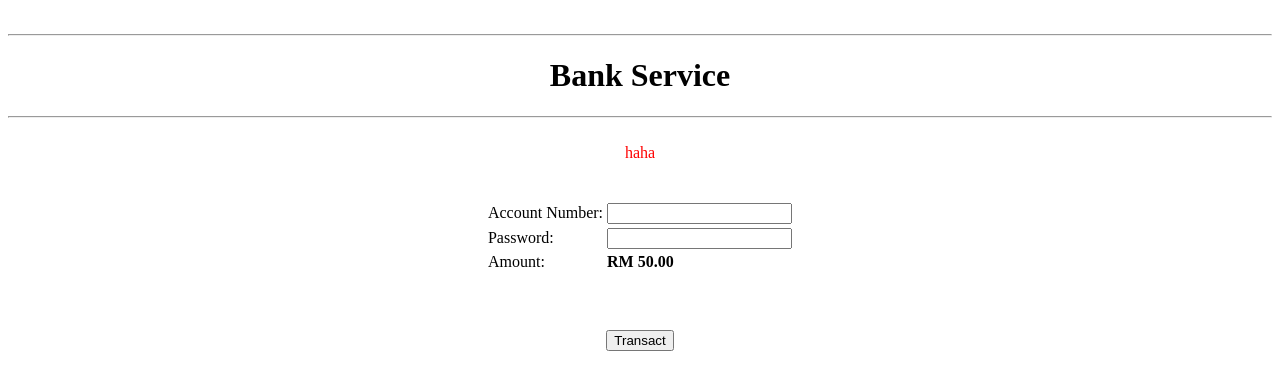
Repository: Jeck97/Mcdonald-Delivery-System
Page: http://localhost/McDelivery/bankService/transactionForm.jsp
These files come from the project's save history. The page is drawn as it stood at one moment and after the next save; the edit follows.
The browser window is 1280 px wide. The pictures show the whole page.
The page is served by Tomcat 9. Other server files are loaded and not shown.

Above is the page before, as saved 2020-07-12 18:10:05.

### McDelivery/WebContent/bankService/transactionForm.jsp
<%@ page language="java" contentType="text/html; charset=ISO-8859-1"
	pageEncoding="ISO-8859-1"%>
<!DOCTYPE html>
<html>
<head>
<meta charset="ISO-8859-1">
<title>Transaction Page</title>
</head>
<body>

	<br>

	<hr>

	<h1 style="text-align: center;">Bank Service</h1>

	<hr>

	<br>

	<div style="color: #FF0000; text-align: center;">haha${errorMessage}</div>

	<br>

	<form action="transactionServlet" method="post">

		<table style="align-content: space-between; margin: auto; padding: 20px;">
			<tr>
				<td><label for="account_number">Account Number:</label></td>
				<td><input id="account_number" name="account_number" type="number" required></td>
			</tr>
			<tr>
				<td><label for="password">Password:</label></td>
				<td><input id="password" name="password" type="password" required></td>
			</tr>
			<tr>
				<td><label>Amount:</label></td>
				<td><b>RM 50.00</b></td>
			</tr>
		</table>

		<br><br>

		<div style="text-align: center;">
			<input type="submit" value="Transact">
		</div>

	</form>

</body>
</html>

After the next save:
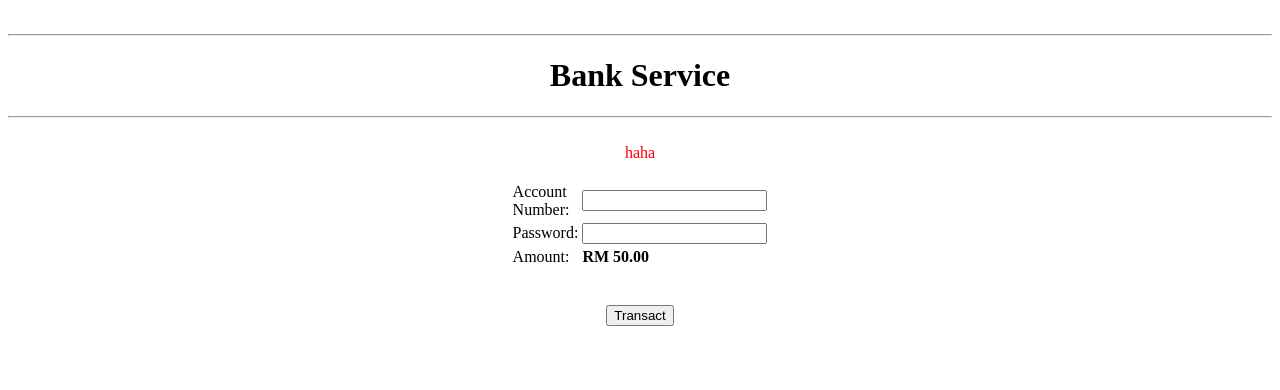
Saved 26 s later.
--- a/McDelivery/WebContent/bankService/transactionForm.jsp
+++ b/McDelivery/WebContent/bankService/transactionForm.jsp
@@ -24,7 +24,7 @@
 
 	<form action="transactionServlet" method="post">
 
-		<table style="align-content: space-between; margin: auto; padding: 20px;">
+		<table style="align-content: space-between; margin: auto; width: 100px">
 			<tr>
 				<td><label for="account_number">Account Number:</label></td>
 				<td><input id="account_number" name="account_number" type="number" required></td>
